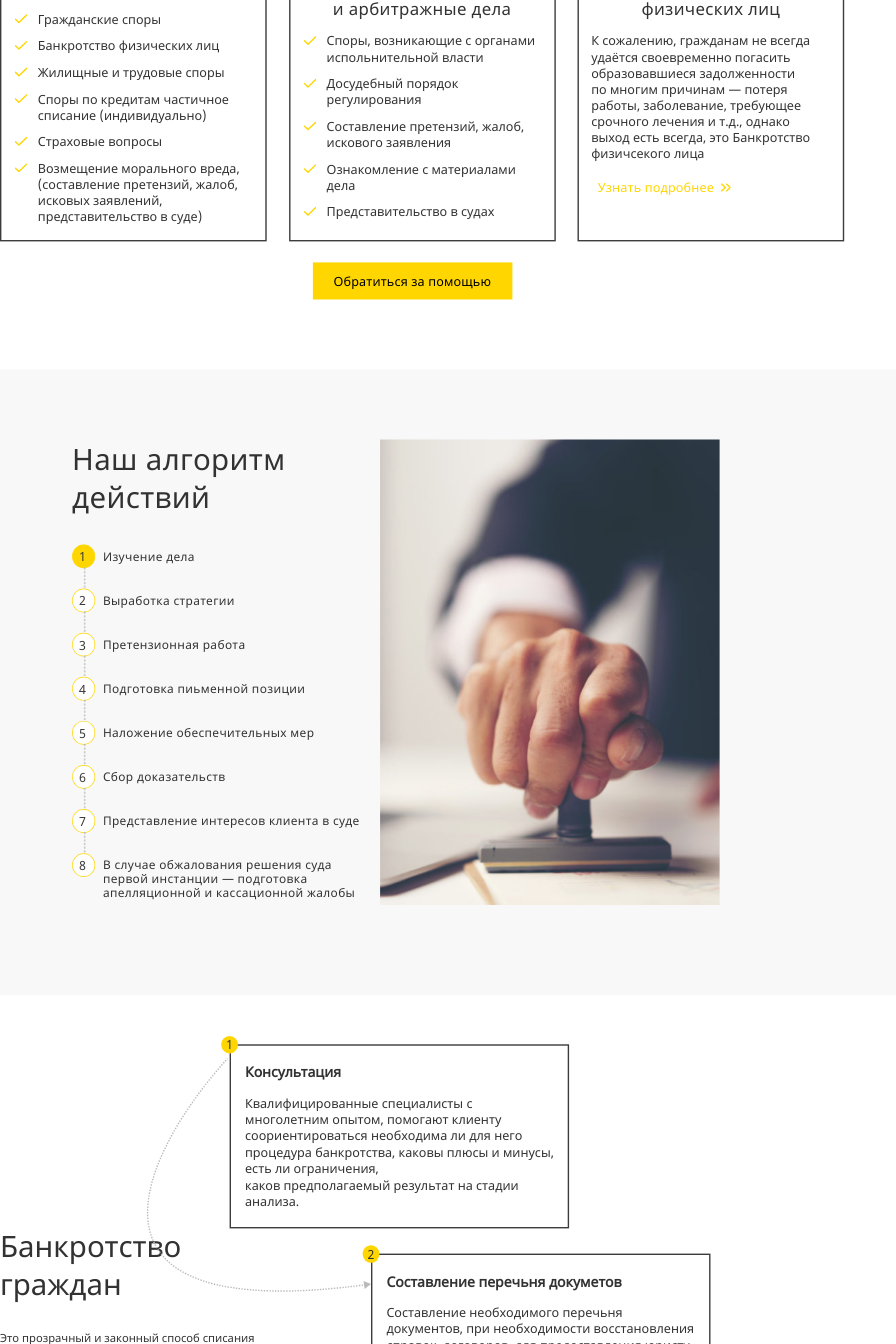
Repository: Nisovaki/antei
Page: http://localhost/
These files come from the project's save history. The page is drawn as it stood at one moment and after the next save; the edit follows.
The browser window is 1280 px wide. The pictures show the part of the page from y = 1777 to 3697 px (the page is 6074 px tall), at 70% of full size.
The page is run by PHP 8.4 with error messages shown; the project is at /var/www/html/. Style sheets and scripts are compiled from the project's sources, by tool versions that may differ from the author's.

Above is the page before, as saved 2022-03-19 02:16:06.

### index.html
<!DOCTYPE html>
<html lang="ru">
<head>
	<meta charset="UTF-8">
	<meta http-equiv="X-UA-Compatible" content="IE=edge">
	<meta name="viewport" content="width=1440"/>
	<link rel="stylesheet" href="css/style.css">
	<link rel="preconnect" href="https://fonts.googleapis.com">
	<link rel="preconnect" href="https://fonts.gstatic.com" crossorigin>
	<link href="https://fonts.googleapis.com/css2?family=Roboto&display=swap" rel="stylesheet">
	<title>Услуги юриста</title>
</head>
<body>
	<navbar class="navbar">
		<div class="container">
			<div class="navbar-block">
				<ul class="navbar-list">
					<li class="navbar-item"><a href="#" class="navbar-link">Услуги</a></li>
					<li class="navbar-item"><a href="#" class="navbar-link">Банкротство граждан</a></li>
					<li class="navbar-item"><a href="#" class="navbar-link">Схема работы</a></li>
					<li class="navbar-item"><a href="#" class="navbar-link">Обратная связь</a></li>
				</ul>
				<div class="navbar-tel"><a href="tel:+79042812294" class="navbar-link">+7 (904) 281 22 94</a></div>
				<div class="navbar-address">г. Липецк, пр. Победы, д. 89</div>
			</div>
   </div>
	</navbar>

	<header class="header">
		<div class="container">
			<div class="header-block">
				<h1 class="header-block__title">Услуги юриста</h1>
				<div class="header-block__text">
					Ведение дел осуществляется как по г. Липецку, так и по его Области, возможно дистанционное составление документов
					в других городах
				</div>

				<ul class="header-block__list">
					<li class="icons header-block__item"><span class="icons__check"> Бесплатная консультация</span></li>
					<li class="icons header-block__item"><span class="icons__check"> Для клиентов пенсионного возраста скидки</span></li>
					<li class="icons header-block__item"><span class="icons__check"> Банкротство граждан, скидки для людей со&nbsp;льготами</span></li>
					<li class="icons header-block__item"><span class="icons__check"> В некоторых случаях возможно списать задолжность без подачи заявления на&nbsp;банкротство гарждан</span></li>
				</ul>

				<button class="button header__button">Решить проблему</button>
			</div>
		</div>
	</header>

	<section class="biography">
		<div class="container">
			<div class="author">
				<div class="author-img">
					<img src="img/biography/author.png" alt="Фотография: Богословский Дмитрий Михайлович" class="biography-author">
				</div>
				<div class="author-block">
					<h2 class="title biography-title">Богословский Дмитрий Михайлович</h2>
					<div class="biography-block">
						<div class="biography-subtitle"><span class="biography-subtitle__elipse"></span> Окончил МОУ ВО</div>
						<div class="biography-text">В 2015 году окончил МОУ ВО «Институт правa<br>и экономики» по специальности Юриспруденция,<br> с
							присвоением квалификации Юрист</div>
						<div class="biography-subtitle"><span class="biography-subtitle__elipse"></span> Работал в налоговой службе</div>
						<div class="biography-text">Работал в инспекции федеральной налоговой службе, суде, паралельно осваивая процедуру
							банкротства физических лиц</div>
						<div class="biography-subtitle"><span class="biography-subtitle__elipse"></span> Имею опыт в процедуре банкротства
						</div>
						<div class="biography-text">Имею опыт списания долгов по процедуре банкротства в арбитражном суде, с присвоением
							статуса банкрота</div>
					</div>
				</div>
			</div>
		</div>
	</section>
	<section class="services">
		<div class="container">
			<h2 class="title services__title">Услуги</h2>
			<div class="services-block">
				<div class="services-block__item">
					<h3 class="services-block__title">Гражданские дела</h3>
					<ul class="services-block__list">
						<li class="icons services-block__cell">Гражданские споры</li>
						<li class="icons services-block__cell">Банкротство физических лиц</li>
						<li class="icons services-block__cell">Жилищные и трудовые споры</li>
						<li class="icons services-block__cell">Споры по кредитам частичное списание (индивидуально)</li>
						<li class="icons services-block__cell">Страховые вопросы</li>
						<li class="icons services-block__cell">Возмещение морального вреда, (составление претензий, жалоб, исковых заявлений, представительство в суде)</li>
					</ul>
				</div>

				<div class="services-block__item">
					<h3 class="services-block__title">Административные и&nbsp;арбитражные дела</h3>
					<ul class="services-block__list">
						<li class="icons services-block__cell">Споры, возникающие с органами испольнительной власти</li>
						<li class="icons services-block__cell">Досудебный порядок регулирования</li>
						<li class="icons services-block__cell">Составление претензий, жалоб, искового заявления</li>
						<li class="icons services-block__cell">Ознакомление с материалами дела</li>
						<li class="icons services-block__cell">Представительство в судах</li>
					</ul>
				</div>

				<div class="services-block__item">
					<h3 class="services-block__title">Банкротство физических лиц</h3>
					<p class="services-block__text">К сожалению, гражданам не всегда удаётся своевременно погасить образовавшиеся задолженности<br> по многим причинам — потеря<br>
					работы, заболевание, требующее срочного лечения и т.д., однако<br> выход есть всегда, это Банкротство физичсекого лица</p>
					<a href="#" class="services-block__link">Узнать подробнее
						<img src="img/services/arrow.svg" alt="стрелка" class="services-block__img-1">
						<img src="img/services/arrow.svg" alt="стрелка" class="services-block__img-2">
					</a>
				</div>
			</div>
			<div class="services__wrapper">
				<button class="button services__button"><a href="#" class="services__button-link">Обратиться за помощью</a></button>
			</div>
		</div>
	</section>

	<section class="algorithm">
		<div class="container">
			<div class="algorithm-block">
				<div class="algorithm-block__item-1">
					<h2 class="title algorithm-block__title">Наш алгоритм действий</h2>
					<ol class="algorithm-block__list">
						<li class="algorithm-block__cell algorithm-block__cell-color"><div class="algorithm-block__element"></div> Изучение дела</li>
						<li class="algorithm-block__cell"><div class="algorithm-block__element"></div> Выработка стратегии</li>
						<li class="algorithm-block__cell"><div class="algorithm-block__element"></div> Претензионная работа</li>
						<li class="algorithm-block__cell"><div class="algorithm-block__element"></div> Подготовка пиьменной позиции</li>
						<li class="algorithm-block__cell"><div class="algorithm-block__element"></div> Наложение обеспечительных мер</li>
						<li class="algorithm-block__cell"><div class="algorithm-block__element"></div> Сбор доказательств</li>
						<li class="algorithm-block__cell"><div class="algorithm-block__element"></div> Представление интересов клиента в суде</li>
						<li class="algorithm-block__cell"> В случае обжалования решения суда первой инстанции
						— подготовка апелляционной и кассационной жалобы</li>
					</ol>
				</div>
				<div class="algorithm-block__item-2"><img src="img/algorithm/algorithm-img.jpg" alt="img: algorithm-block__img" class="algorithm-block__img"></div>
			</div>
		</div>
	</section>

	<section class="smash">
		<div class="container">
			<h2 class="title smash__title">Банкротство граждан</h2>
			<p class="smash__text">Это прозрачный и законный способ списания долгов (кредитов, займов, микрозаймов, долговых расписок) для гражданина,
			который регулируется Федеральным законом «О несостоятельности (банкротстве)»<br> от 26.10.2002 N 127-ФЗ (последняя редакция)</p>

			<div class="smash-wrapper">
				<div class="smash-wrapper__item smash-wrapper__item--indent-1">
					<div class="smash-wrapper__num">1</div>
					<div class="smash-wrapper__title">Консультация</div>
					<div class="smash-wrapper__text">Квалифицированные специалисты с многолетним опытом, помогают клиенту соориентироваться необходима ли для него процедура
					банкротства, каковы плюсы и минусы, есть ли ограничения,<br>каков предполагаемый результат на стадии<br> анализа.
  					</div>
				</div>

				<div class="smash-arrow__right"><img src="img/smash/arrow_right.svg" alt="arrow_right"></div>

				<div class="smash-wrapper__item smash-wrapper__item--indent-2">
					<div class="smash-wrapper__num">2</div>
					<div class="smash-wrapper__title">Составление перечьня докуметов</div>
					<div class="smash-wrapper__text">Составление необходимого перечьня документов, при необходимости восстановления справок, договоров, для предоставления
					юристу, при составлении Заявление о признании должника несостоятельным (банкротом), с пошаговым объяснением клиенту, для
					чего тот или иной абзац.
					</div>
				</div>

				<div class="smash-arrow__bottom"><img src="img/smash/arrow_bottom .svg" alt="arrow_bottom"></div>

				<div class="smash-wrapper__item smash-wrapper__item--indent-3">
					<div class="smash-wrapper__num">3</div>
					<div class="smash-wrapper__title">Подача заявления</div>
					<div class="smash-wrapper__text">Подача заявления в Арбитражный суд и представительство его интересов в суде по<br> данному делу, процедура списания долгов,
					при которой можно вздохнуть спокойно и<br> наслаждаться жизнью.
					</div>
				</div>
			</div>
			<!-- /.smash-wrapper -->
		</div>
		<!-- /. container -->
	</section>

	<section class="scheme">
		<div class="container">
			<h2 class="title scheme__title">Схема работы</h2>
			<div class="scheme-wrapper">
				<div class="scheme-wrapper__item">
					<div class="scheme-wrapper--dotted-1"></div>
					<div class="scheme-wrapper__num scheme-wrapper__num--color">1</div>
					<p class="scheme-wrapper__text">Оставьте заявку <br>или позвоните по номеру телефона</p>
				</div>
				<!-- /.scheme-wrapper__item -->
				<div class="scheme-wrapper__item">
					<div class="scheme-wrapper--dotted-2"></div>
					<div class="scheme-wrapper__num">2</div>
					<p class="scheme-wrapper__text">Бесплатно изучаю <br>ваши документы</p>
				</div>
				<!-- /.scheme-wrapper__item -->
				<div class="scheme-wrapper__item">
					<div class="scheme-wrapper--dotted-3"></div>
					<div class="scheme-wrapper__num">3</div>
					<p class="scheme-wrapper__text">Оцениваю ситуацию<br> и называю стоимость услуг</p>
				</div>
				<!-- /.scheme-wrapper__item -->
				<div class="scheme-wrapper__item">
					<div class="scheme-wrapper__num">4</div>
					<p class="scheme-wrapper__text">Заключаем сотрудничество и решаем проблему</p>
				</div>
				<!-- /.scheme-wrapper__item -->
			</div>
			<!-- /.scheme-wrapper -->
			<button class="button scheme__button">Оставить заявку</button>
		</div>
		<!-- /.container -->
	</section>
	<!-- /.scheme -->
    <section class="feedback">
		<div class="container">
			<div class="feedback-block">
				<div class="feedback-block__title">Обратная связь</div>
				<form action="send.php" method="post" class="feedback-form">
					<div class="feedback-input">
						<input type="text" placeholder="Ваше имя" class="feedback__input" name="name">
						<input type="text" placeholder="Электронная почта" class="feedback__input" name="email">
					</div>
					<textarea name="message" placeholder="Ваше сообщение" class="feedback__message"></textarea>
					<div class="feedback__wrapper">
						<input type="file" name="file" type="file" name="file" id="input__file" multiple class="feedback__file">
						<label for="input__file" class="feedback__file-button">
							<span class="feedback__file-button-text">
								<img src="img/feedback/file.svg" alt="файл">
								Загрусить файл
							</span>
						</label>
					</div>
					<div class="feedback__agreemet">
						<input type="checkbox" class="feedback__checkbox">
						<span class="feedback__text">Даю согласие на обработку персональных данных</span>
					</div>
					<button class="feedback__button">Отправить</button>
				</form>
			</div>
		</div>
	</section>

	<footer class="footer">
		<div class="container">
			<div class="footer-contacts">
				<h2 class="title footer__title">Контакты</h2>
				<div class="footer-contacts__item">
					<h3 class="footer-contacts__subtitle footer-contacts__subtitle--ml-1"><img src="img/footer/phone.svg" alt="icon: тефон" class="footer-contacts__icon-1">Номер телефона</h3>
					<a href="tel:+79042812294" class="footer-contacts__phone--ml1">+7 (904) 281 22 94</a>
					<a href="tel:+79042812293" class="footer-contacts__phone--ml2">+7 (904) 281 22 93</a>
					<div class="footer-contacts__block">
						<a href="" target="_blank"><img src="img/footer/viber.svg" alt="icon: viber" class="footer-contacts__icon"></a>
						<a href="" target="_blank"><img src="img/footer/watsapp.svg" alt="icon: watsapp" class="footer-contacts__icon"></a>
						<a href="" target="_blank"><img src="img/footer/telegram.svg" alt="icon: telegram" class="footer-contacts__icon"></a>
					</div>
					<p class="footer-contacts__subtitle footer-contacts__subtitle--ml-2"><img src="img/footer/email.svg" alt="icon: email" class="footer-contacts__icon-2"> Электронная почта</p>
					<a href="mailto:adp48ru@mail.ru" class="footer-contacts__email">adp48ru@mail.ru</a>
					<h3 class="footer-contacts__subtitle footer-contacts__subtitle--ml-3 "><img src="img/footer/map.svg" alt="icon: адрес" class="footer-contacts__icon-3"> Адрес</h3>
					<p class="footer-contacts__text">г. Липецк, пр. Победы, д. 89, 2 этаж</p>
					<h3 class="footer-contacts__subtitle footer-contacts__subtitle--ml-4"><img src="img/footer/clock.svg" alt="icon: режим работы" class="footer-contacts__icon-4"> Часы работы</h3>
					<p class="footer-contacts__text">Будни с 09:00 до17:00, выходные с 09:00 до 13:00 по записи</p>
				</div>

			</div>
			<!-- /.footer-contacts -->
			<div class="footer-map">

			</div>
			<!-- /.footer-map -->
		</div>
			<div class="footer-law">
				<div class="container">
					<p class="footer-law__text">© Все права защищены</p>
				</div>
			</div>

		<!-- /.container -->
	</footer>
	<!-- /.footer -->
</body>
</html>

### sass/style.sass
@import "_normalize.scss"
@import "_variables.sass"
@import "_settings.sass"
@import "_fonts.scss"
@import "block/_navbar.sass"
@import "block/_header.sass"
@import "block/_biography.sass"
@import "block/_services.sass"
@import "block/_algorithm.sass"
@import "block/_smash.sass"
@import "block/_feedback.sass"
@import "block/_footer.sass"
@import "block/_scheme.sass"

### sass/_variables.sass
$dark: #3C3C3C
$light: #FFFFFF
$txt-color: #323232
$btn-color: #FFD600
$fon-color: #F8F8F8
$dashed-color: #BABABA

### sass/_settings.sass
*
	box-sizing: border-box
body
	font-family: "Noto Sans", sans-serif
	font-weight: 400
	color: $txt-color
img
	max-width: 100%
.container
	max-width: 1320px
	margin: auto
.icons
	list-style-image: url(../img/header/Vector.svg)
	&__check
		position: relative
		left: 10px
.button
	padding: 15px 30px
	background-color: $btn-color
	border: none
	cursor: pointer
.title
	font-weight: 500
	font-size: 42px
	line-height: 130%
@media (max-width: 1200px)
	br
		display: none

### sass/_fonts.scss
@font-face {
  font-family: "Noto Sans bold";
  src: url("../fonts/NotoSans-Bold.woff2") format("woff2"),
    url("../fonts/NotoSans-Bold.woff") format("woff");
  font-weight: bold;
  font-style: normal;
  font-display: swap;
}

@font-face {
  font-family: "Noto Sans";
  src: url("../fonts/NotoSans.woff2") format("woff2"),
    url("../fonts/NotoSans.woff") format("woff");
  font-weight: normal;
  font-style: normal;
  font-display: swap;
}

### sass/block/_navbar.sass
.navbar
	display: block
	font-family: 'Roboto', sans-serif
	background-color: $dark
	color: $light
	padding: 37px 0 35px 0
	font-size: 18px
	line-height: 130%
	&-block
		display: flex
		justify-content: space-between
	&-list
		display: flex
		justify-content: space-between
		align-items: center
		margin: 0
		padding: 0
		flex-basis: 46.7%
	&-item
		list-style: none
	&-link
		color: inherit
		text-decoration: none
	&-address
		margin-right: 8.6%
		letter-spacing: 0.4px

### sass/block/_header.sass
.header
	padding: 100px 0
	background: url(../img/header/fon-img.jpg)
	background-repeat: no-repeat
	background-size: contain
	background-position: center right
	position: relative
	&::before
		content: ''
		width: 40.5%
		height: 100%
		position: absolute
		top: 0
		left: 0
		background-color: #ffffff
	&-block
		width: 50%
		position: relative
		margin-right: 50px
		&__list
			margin: 0
			padding: 0
			padding-left: 28px
		&__text
			width: 430px
			font-size: 18px
			line-height: 129%
			margin-bottom: 30px
		&__item
			margin-bottom: 15px
			width: 405px
			font-size: 18px
			line-height: 128%
		&__title
			font-weight: 600
			font-size: 52px
			line-height: 130%
			margin: 0
			margin-bottom: 30px
			letter-spacing: 1.5px
	&__button
		margin-top: 15px
		padding: 16px 29px 17px 31px
		letter-spacing: 1.4px

### sass/block/_biography.sass
.biography
	padding-top: 100px
	background-color: $fon-color
	&-title
		letter-spacing: 0.6px
		width: 475px
		margin: 0
		margin-bottom: 40px
		margin-top: 2px
	&-subtitle
		font-weight: 600
		font-size: 20px
		line-height: 130%
		margin-bottom: 15px
		letter-spacing: 0.5px
		&__elipse
			display: inline-block
			width: 16px
			height: 16px
			background-color: $btn-color
			border-radius: 50%
			margin-right: 9px
	&-text
		font-size: 18px
		line-height: 128%
		width: 487px
		margin-bottom: 30px
.author
	display: flex
	justify-content: flex-end
	&-img
		flex-basis: 45%
		margin-left: 118px
	&-block
		flex-basis: 70%

### sass/block/_algorithm.sass
.algorithm
    padding: 100px 0
    background-color: $fon-color
    &-block
        display: flex
        position: relative
        &__item-1
        width: 515px
        margin-left: 103px
        &__title
            width: 382px
            display: inline-block
            margin: 0
            margin-bottom: 40px
            letter-spacing: 0.5px
        &__cell-color
            &::before
                background-color: $btn-color
        &__element
            position: absolute
            top: 33px
            left: 17px
            width: 0px
            height: 34px
            border: 1px dashed $dashed-color
        &__img
            max-width: inherit
ol
    list-style: none
    width: 440px
    font-size: 17px
    font-weight: 400
    padding: 0
    margin: 0
    li
        counter-increment: num
        margin: 0
        padding: 7px 0 36px 44px
        position: relative
        line-height: 20px
        letter-spacing: 0.5px
        &::marker
            display: none
        &::before
            content: counter(num)
            display: inline-block
            position: absolute
            top: 0
            left: 0
            background: #fff
            color: $dark
            text-align: center
            font-size: 18px
            padding: 6px 12px 6px 9px
            border: 1px solid $btn-color
            border-radius: 50%

### sass/block/_smash.sass
.smash
    position: relative
    padding-top: 331px
    padding-bottom: 342px
    &__title
        margin: 0
        margin-bottom: 40px
        width: 382px
    &__text
        width: 411px
    &-wrapper
        &__item
            position: relative
            width: 485px
            border: 2px solid $dark
            padding: 25px 20px
            &--indent-1
                position: absolute
                top: 70px
                right: 467px
            &--indent-2
                position: absolute
                right: 265px
                top: 369px
            &--indent-3
                position: absolute
                top: 671px
                right: 467px
        &__num
            position: absolute
            top: -14px
            left: -14px
            background-color: $btn-color
            border-radius: 50%
            padding: 1px 7px 1px 7px
            font-size: 18px
            line-height: 130%
            font-family: "Noto Sans"
        &__title
            font-weight: bold
            font-size: 20px
            line-height: 130%
            margin-bottom: 20px
        &__text
            width: 445px
            font-size: 18px
            line-height: 130%
    &-arrow
        &__right
            position: absolute
            top: 89px
            right: 750px
        &__bottom
            position: absolute
            top: 559px
            right: 748px
            z-index: 1

### sass/block/_scheme.sass
.scheme
    padding-top: 100px
    padding-bottom: 100px
    background-color: $fon-color
    &__title
        margin: 0
        margin-bottom: 40px
    &-wrapper
        position: relative
        display: flex
        justify-content: space-around
        margin-bottom: 30px
        &__item
        &__num
            display: flex
            justify-content: center
            font-size: 18px
            line-height: 130%
            width: 11%
            margin: auto
            font-family: "Roboto"
            border-radius: 50%
            border: 2px solid $btn-color
            &--color
                background-color: $btn-color
        &__text
            text-align: center
            width: 250px
            font-size: 18px
            line-height: 130%
        &--dotted-1
            position: absolute
            top: 13px
            left: 16%
            border: 2px dashed $dashed-color
            width: 236px
            height: 2px
        &--dotted-2
            position: absolute
            top: 13px
            left: 41%
            border: 2px dashed $dashed-color
            width: 236px
            height: 2px
        &--dotted-3
            position: absolute
            top: 13px
            right: 16%
            border: 2px dashed $dashed-color
            width: 236px
            height: 2px

Loaded but not shown: sass/_normalize.scss (common file); img/smash/arrow_right.svg (3 lines, source omitted); img/smash/arrow_bottom .svg (3 lines, source omitted); img/footer/viber.svg (4 lines, source omitted); img/footer/email.svg (11 lines, source omitted); img/footer/clock.svg (4 lines, source omitted); img/footer/map.svg (4 lines, source omitted); img/footer/phone.svg (3 lines, source omitted); img/footer/watsapp.svg (4 lines, source omitted); img/footer/telegram.svg (45 lines, source omitted); img/feedback/file.svg (3 lines, source omitted); img/header/Vector.svg (3 lines, source omitted); img/services/arrow.svg (3 lines, source omitted); sass/block/_feedback.sass (99 lines, source omitted); sass/block/_services.sass (66 lines, source omitted); sass/block/_footer.sass (83 lines, source omitted)

After the next save:
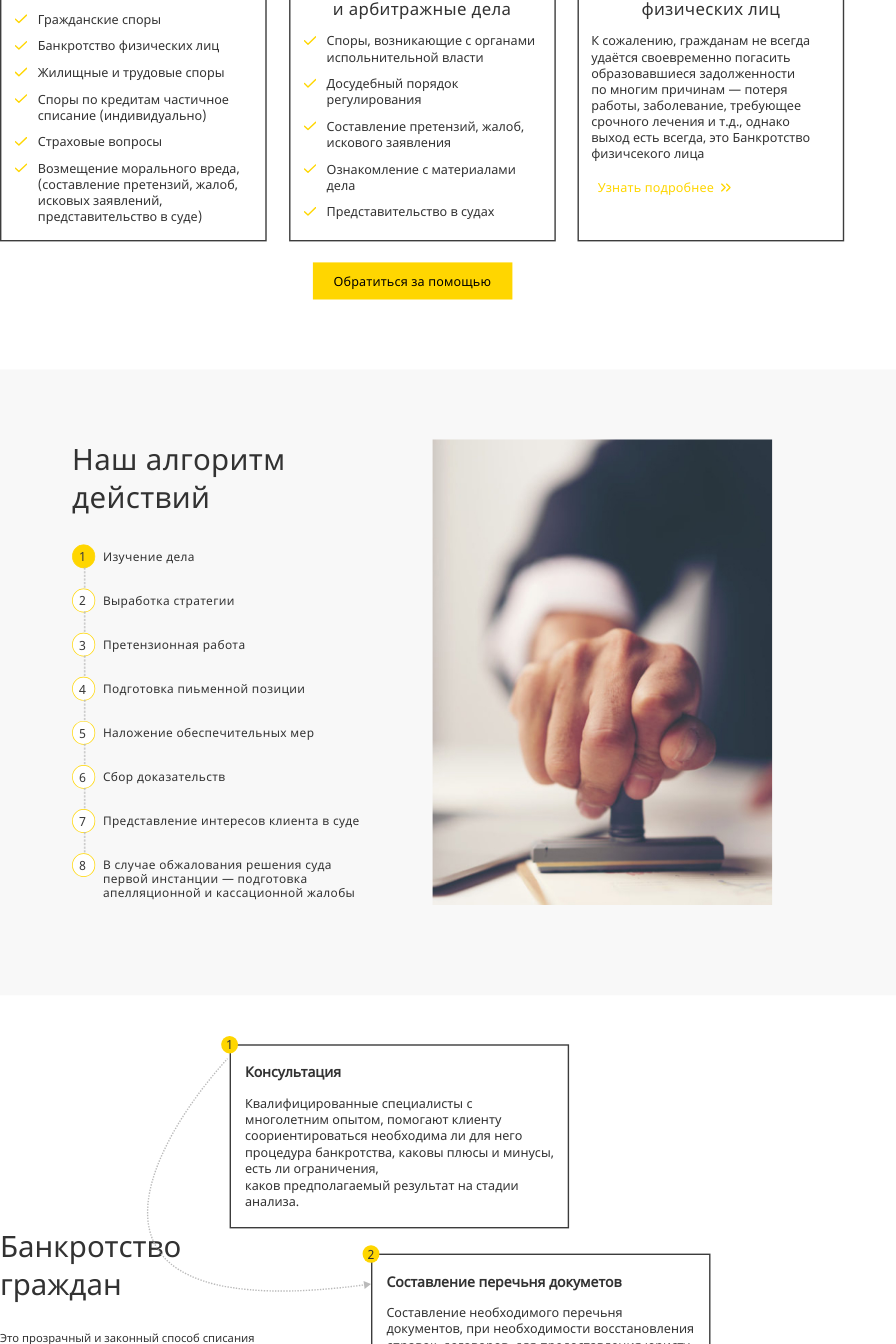
Saved 69 s later.
--- a/sass/block/_algorithm.sass
+++ b/sass/block/_algorithm.sass
@@ -5,8 +5,8 @@
         display: flex
         position: relative
         &__item-1
-        width: 515px
-        margin-left: 103px
+            width: 515px
+            margin-left: 103px
         &__title
             width: 382px
             display: inline-block
